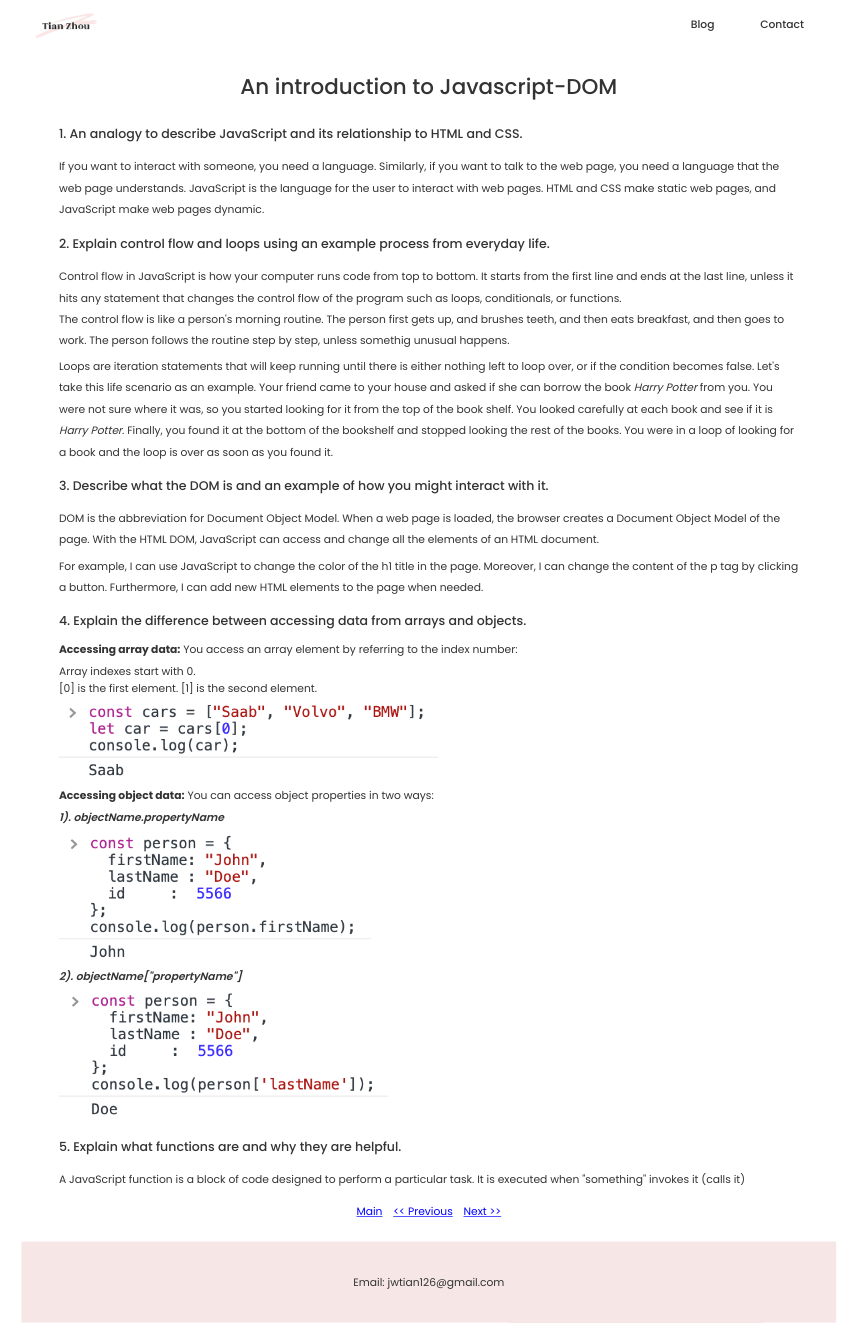
Repository: Tiaanz/Tiaanz.github.io
Page: blog/javascript-dom.html
The author's editor kept a copy of each file at every save. The page is drawn from the files as they stood at one save, then again after a run of saves.
The browser window is 1280 px wide. The pictures show the whole page, at 67% of full size.

Above is the page before, as saved 2023-01-25 16:55:36.

After the next 2 saves:
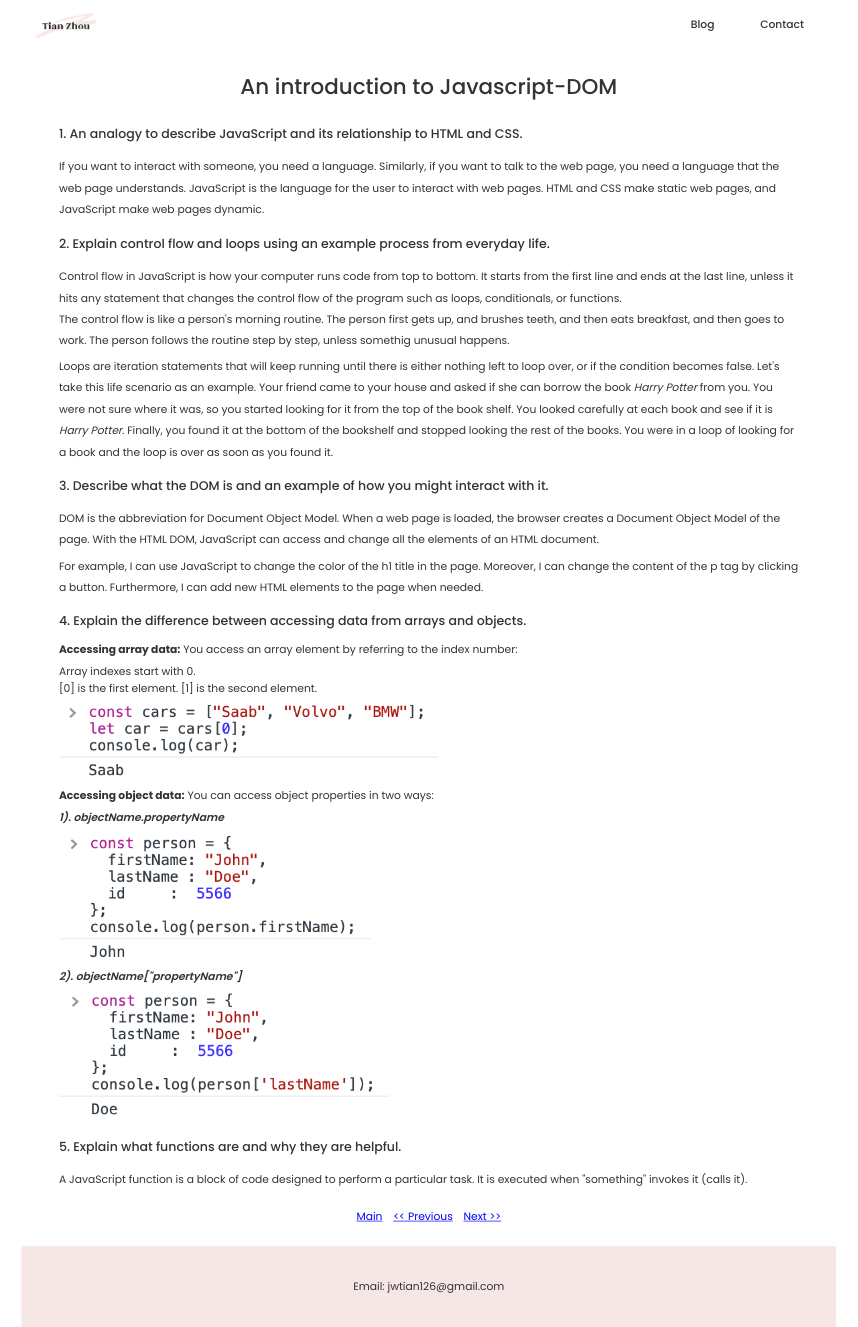
The 2 saves are shown as one change because they came seconds apart.
The last was saved 23 s later.
--- a/blog/javascript-dom.html
+++ b/blog/javascript-dom.html
@@ -69,7 +69,8 @@
                 <li><img src="../images/object2.png" alt="object"></li>
             </ul>
             <h3>5. Explain what functions are and why they are helpful.</h3>
-            <p>A JavaScript function is a block of code designed to perform a particular task. It is executed when "something" invokes it (calls it)</p>
+            <p>A JavaScript function is a block of code designed to perform a particular task. It is executed when "something" invokes it (calls it).</p>
+            <p></p>
             <div class="page-nav">
                 <a href="../index.html">Main</a>
                 <a href="./learning-plan.html"> &lt&lt Previous</a>
